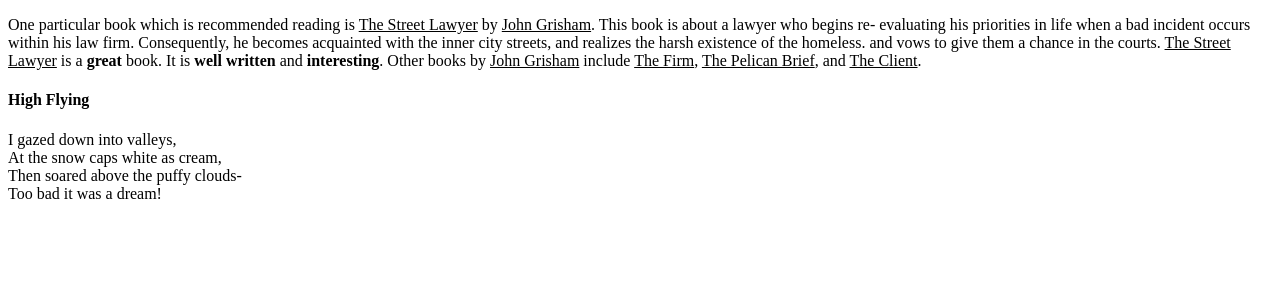
Repository: NguyenPhuSang21023391/HTCNWeb_T1-2
Page: TH_Tuan01/html/bai03.html
An editor plug-in stored every save of this project. The page is shown before and after the next save, followed by the edit.
The browser window is 1280 px wide. The pictures show the whole page.

Above is the page before, as saved 2023-02-19 16:05:40.

After the next save:
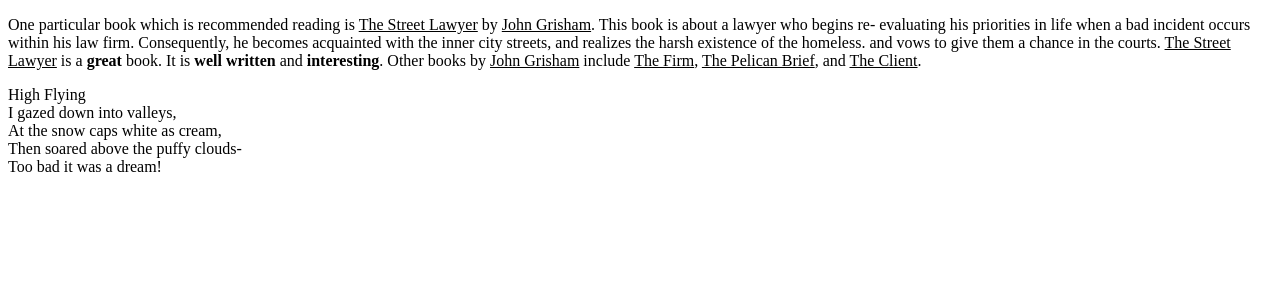
Saved 42 s later.
--- a/TH_Tuan01/html/bai03.html
+++ b/TH_Tuan01/html/bai03.html
@@ -20,10 +20,10 @@
       <u>The Client</u>.
     </p>
 
-    <h4>High Flying</h4>
     <p style="text-align: left: ;;">
-      I gazed down into valleys, <br />At the snow caps white as cream,<br />Then
-      soared above the puffy clouds- <br />Too bad it was a dream!
+      High Flying <br />I gazed down into valleys, <br />At the snow caps white
+      as cream,<br />Then soared above the puffy clouds- <br />Too bad it was a
+      dream!
     </p>
   </body>
 </html>
